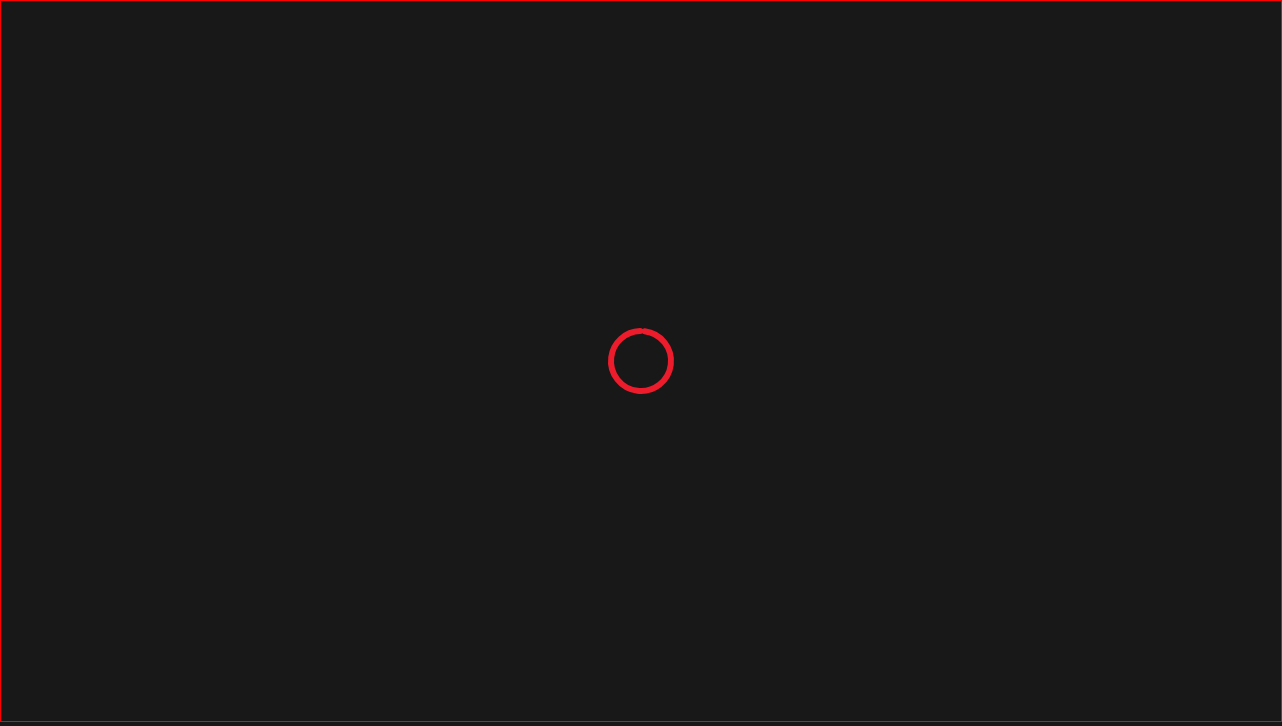
Repository: randy918/chris-canvas-52323
Page: index.html
An editor plug-in stored every save of this project. The page is shown before and after a run of saves, followed by the edit.
The browser window is 1280 px wide. The page is 1282 px wide, then 1280 px, so the pictures cover 1282 px, including what lies to the right of the window. The pictures show the whole page.
The style sheet was rebuilt from its Sass, Less or Tailwind sources for each picture, by a compiler version that may differ from the author's.

Above is the page before, as saved 2023-05-28 16:38:30.
Console error: ReferenceError: locationXY is not defined

After the next 8 saves:
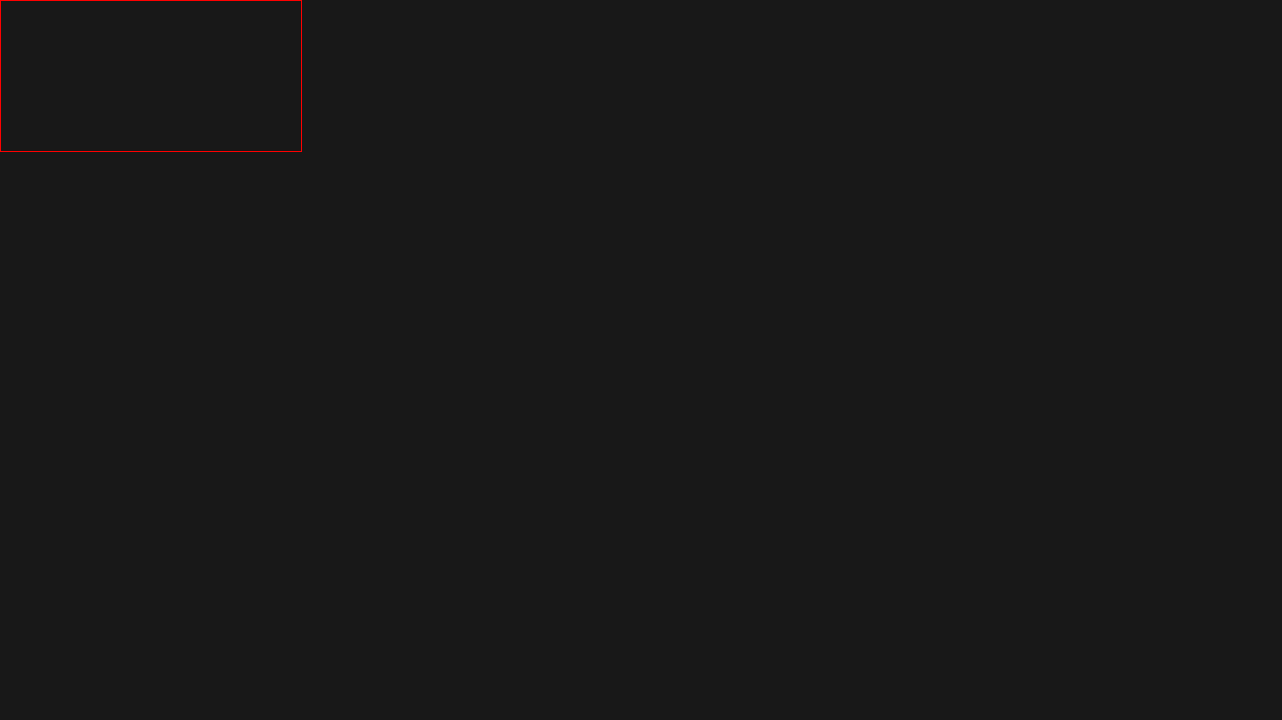
Console error: SyntaxError: Identifier 'x' has already been declared
The 8 saves are shown as one change because they came seconds apart.
The last was saved 20 s later.
--- a/js/canvas.js
+++ b/js/canvas.js
@@ -27,7 +27,8 @@ const main = function () {
 	let x = centerX;
     let y = centerY;
 
-    //* object size
+    //* object size x y
+    let x
 
 	//* object dx dy = velocity X Y
 	let dx = 0.05;
